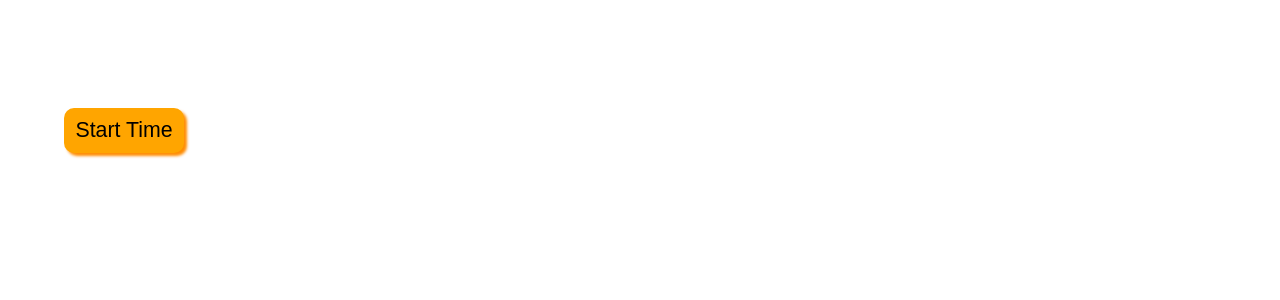
Repository: sylviaah/dynamicmidterm
Page: timer.html
The author's editor kept a copy of each file at every save. The page is drawn from the files as they stood at one save, then again after the next save.
The browser window is 1280 px wide. The pictures show the whole page.

Above is the page before, as saved 2020-03-13 10:41:16.

After the next save:
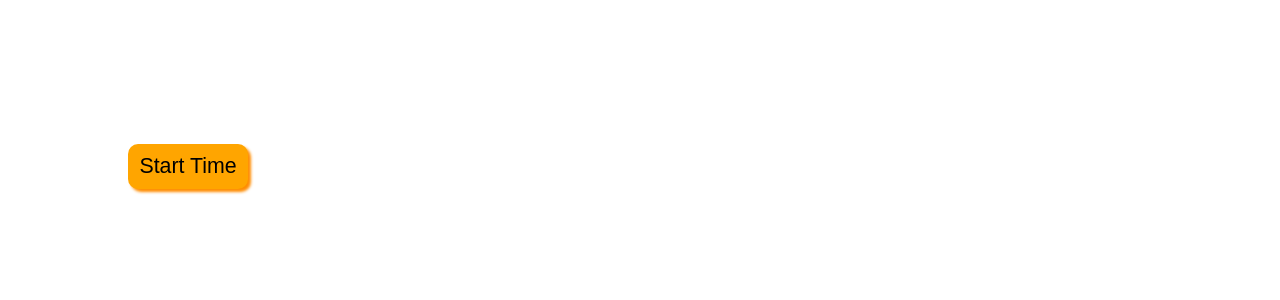
Saved 13 s later.
--- a/timer.css
+++ b/timer.css
@@ -33,8 +33,8 @@
 .startTime{
     display: flex;
     position: fixed;
-    top: 15%;
-    left: 5%;
+    top: 20%;
+    left: 10%;
     width: 100px;
     justify-content: center;
     border-radius: 10px;
